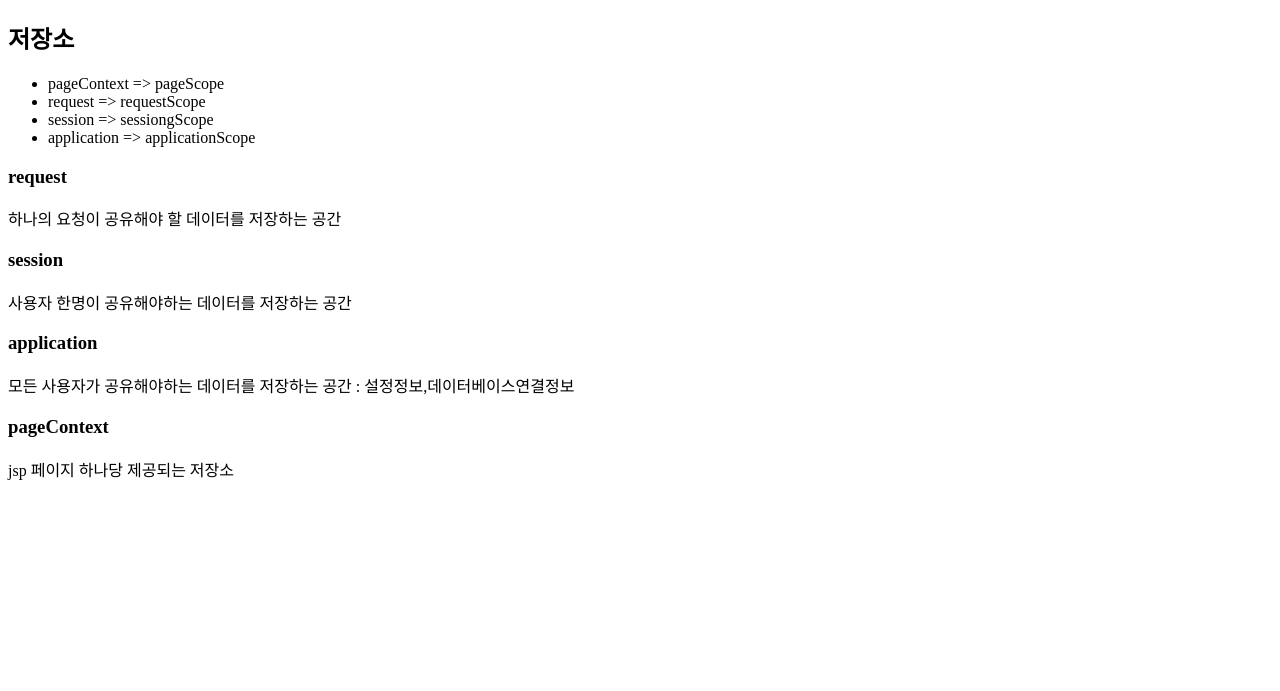
Repository: mvcfvsgdj/javaee
Page: http://localhost/ELprj0908/el2
The author's editor kept a copy of each file at every save. The page is drawn from the files as they stood at one save, then again after the next save.
The browser window is 1280 px wide. The pictures show the whole page.
The page is served by Tomcat 9.

Above is the page before, as saved 2023-09-08 01:22:13.

After the next save:
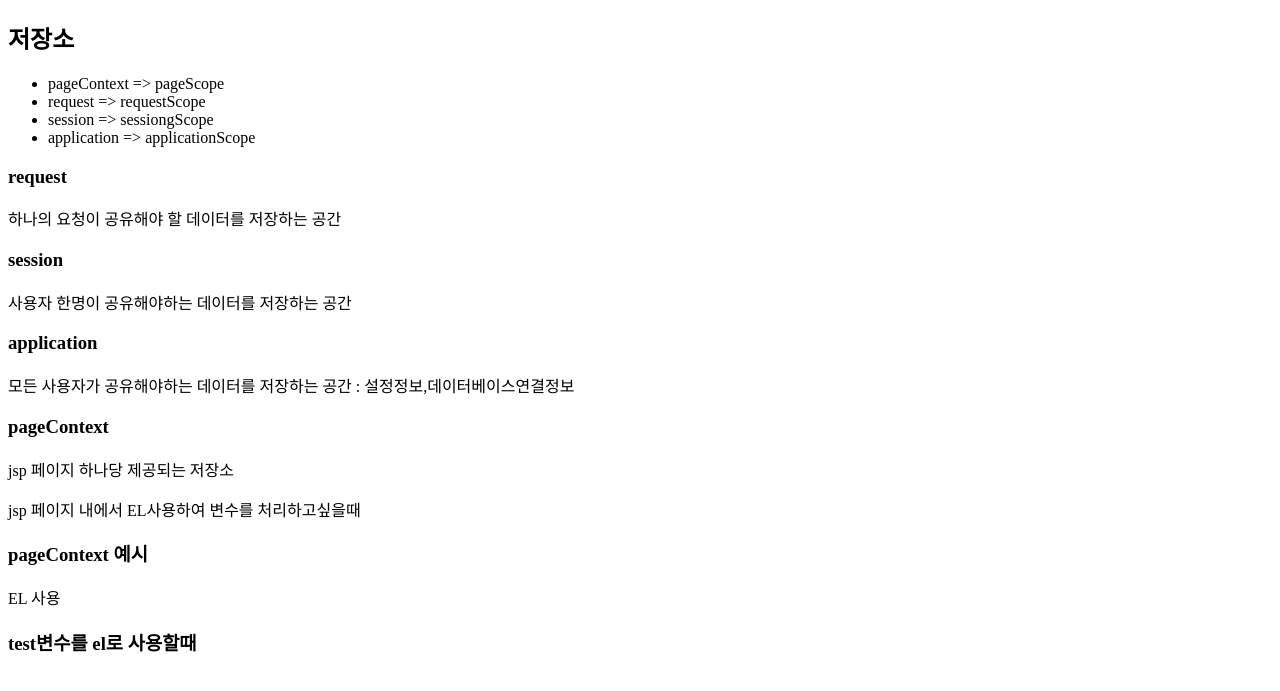
Saved 3 min 6 s later.
--- a/ELprj0908/src/main/webapp/WEB-INF/views/el2.jsp
+++ b/ELprj0908/src/main/webapp/WEB-INF/views/el2.jsp
@@ -33,5 +33,14 @@
 	<h3>pageContext</h3>
 
 	<p>jsp 페이지 하나당 제공되는 저장소</p>
+	<p>jsp 페이지 내에서 EL사용하여 변수를 처리하고싶을때</p>
+
+	<h3>pageContext 예시</h3>
+
+	<% String test = "EL 사용"; %>
+	<%=test %>
+	<h3>test변수를 el로 사용할때</h3>
+		${test }
+
 </body>
 </html>
